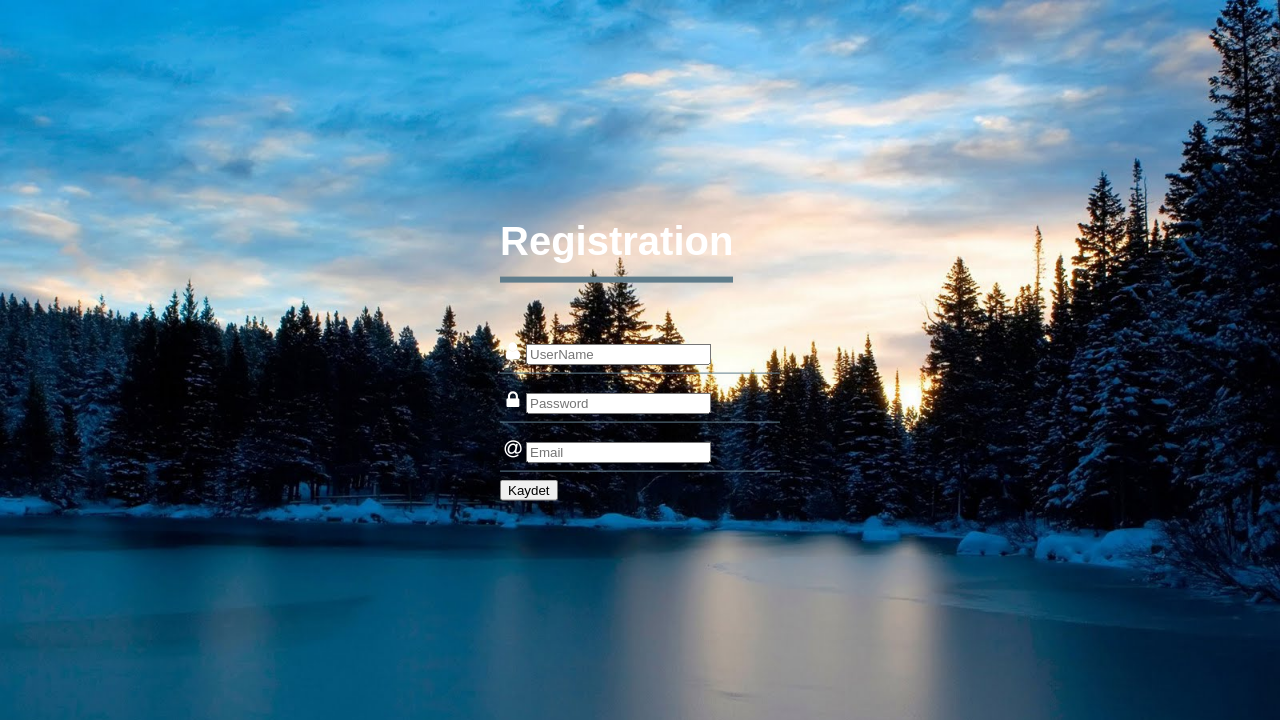
Repository: Berilinanir/Login-Logout-System
Page: Loginn/WebContent/registration.html
These files come from the project's save history. The page is drawn as it stood at one moment and after the next save; the edit follows.
The browser window is 1280 px wide. The pictures show the whole page.

Above is the page before, as saved 2018-10-13 09:57:26.

After the next save:
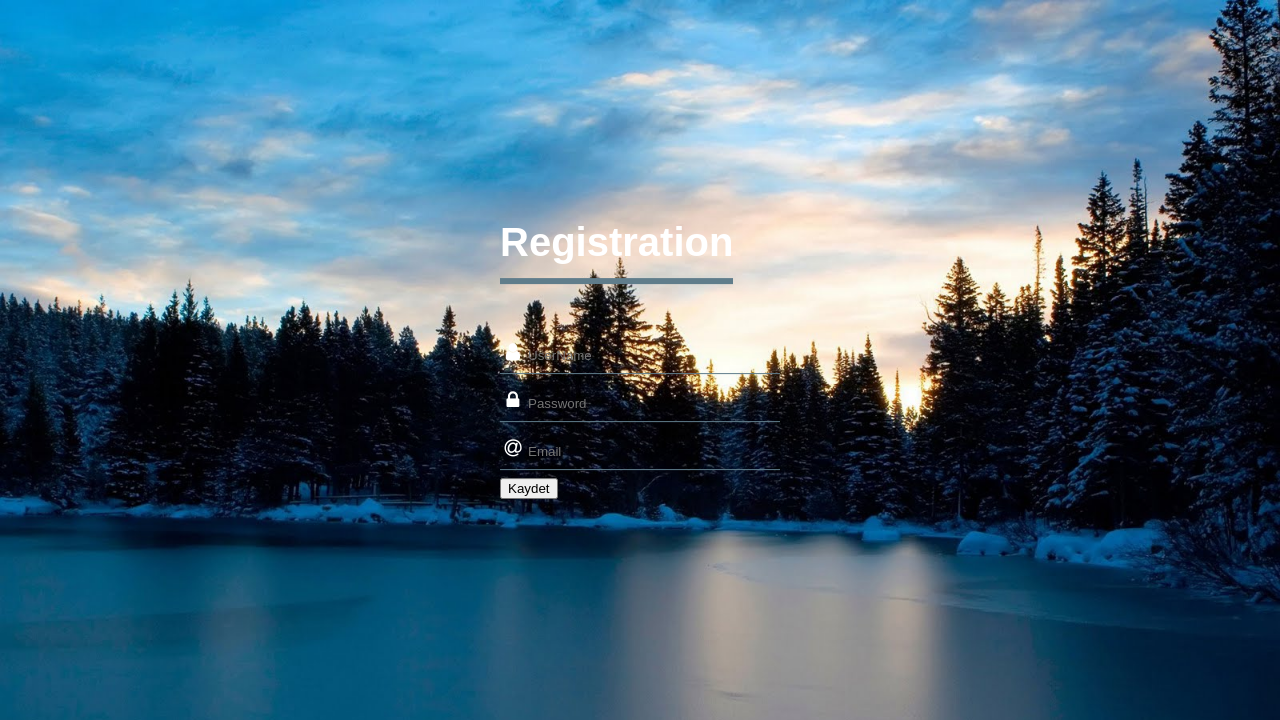
Saved 2 min 23 s later.
--- a/Loginn/WebContent/style.css
+++ b/Loginn/WebContent/style.css
@@ -51,3 +51,11 @@ body{
 	text-align:center;
 
 }
+
+.textbox input{
+
+	border:none;
+	outline:none;
+	background:none;
+
+}
